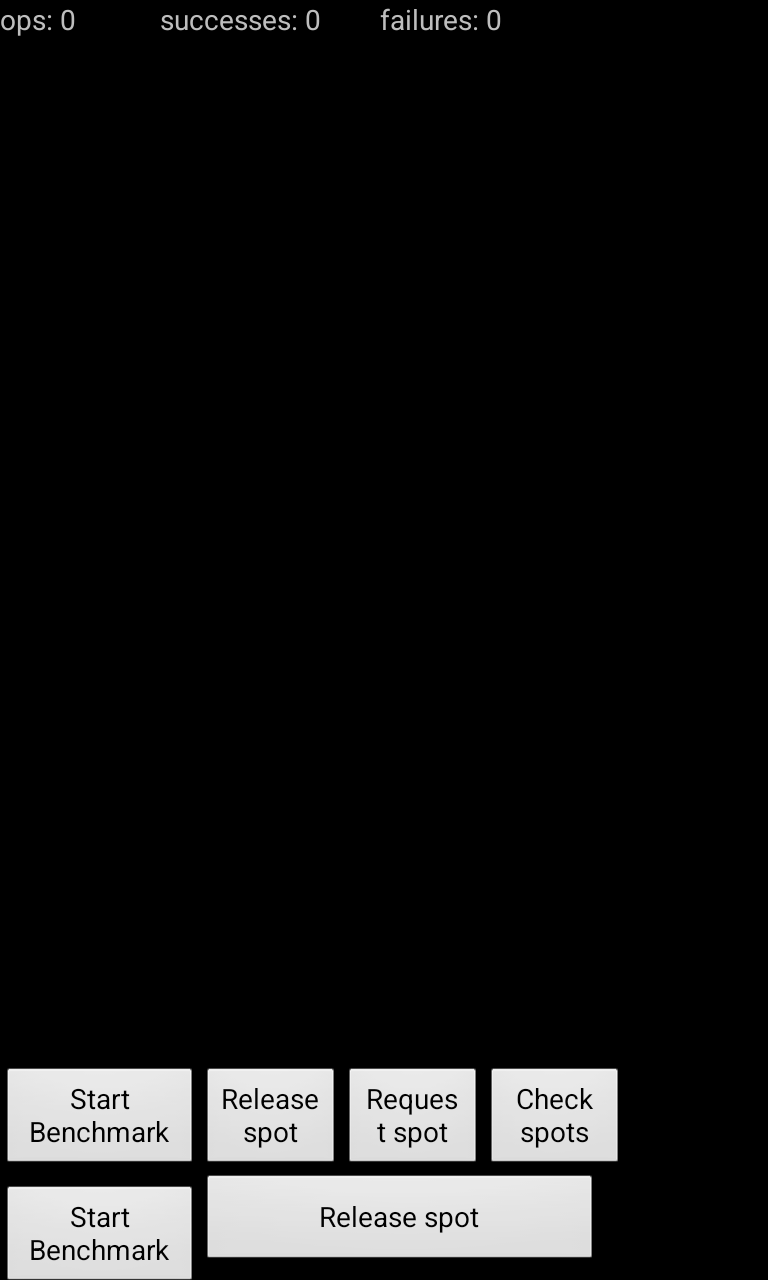
Repository: jasongao/csmcode
Layout: current/workspace/SMCloud/res/layout/main.xml
These files come from the project's save history. The layout is drawn as it stood at one moment and after the next save; the edit follows.
It is drawn on a 768 x 1280 px phone screen (xhdpi) without system bars, with theme android:Theme; the app's code is not run. Lists and similar views that code fills are empty.

Above is the layout before, as saved 2011-07-14 16:13:05.

After the next save:
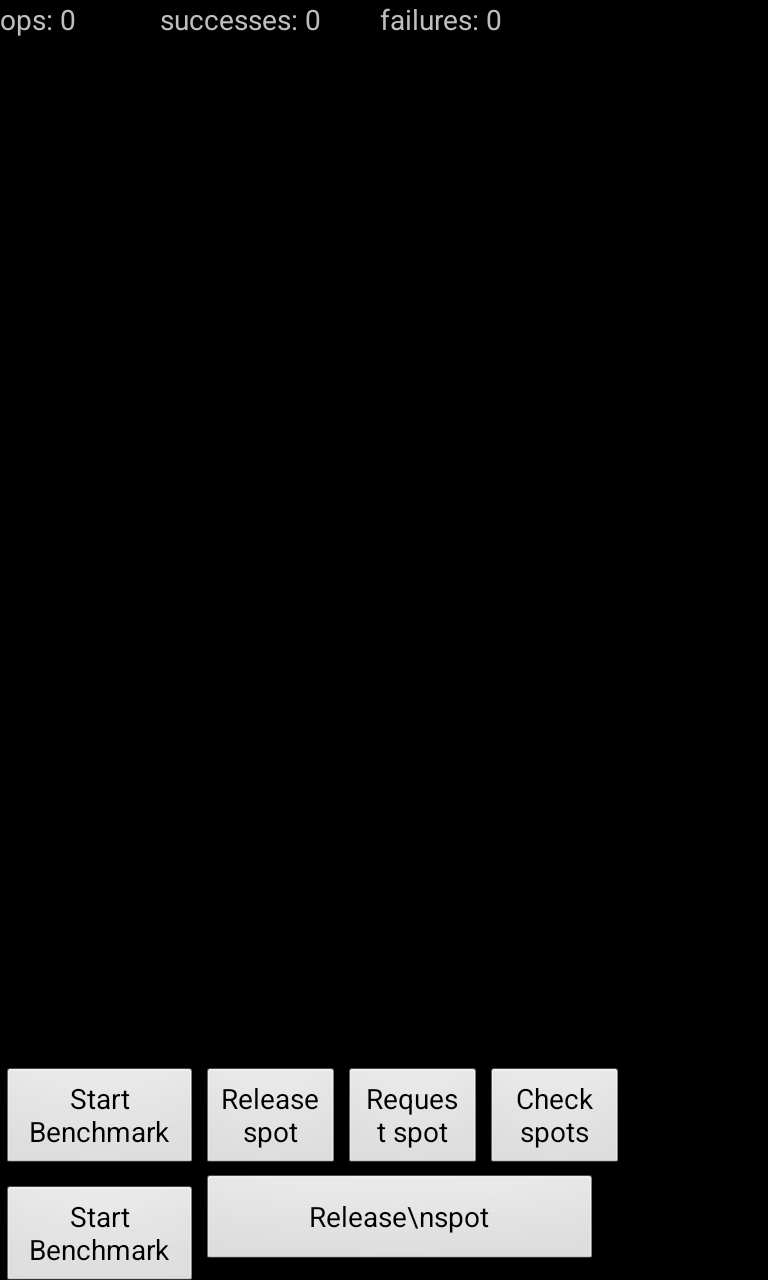
Saved 25 s later.
--- a/current/workspace/SMCloud/res/layout/main.xml
+++ b/current/workspace/SMCloud/res/layout/main.xml
@@ -41,7 +41,7 @@
 			android:layout_width="100dip" android:text="Start Benchmark"
 			android:id="@+id/testcsm_button"></Button>
 		<Button android:layout_height="wrap_content"
-			android:layout_width="200dip" android:text="Release spot"
+			android:layout_width="200dip" android:text="Release\nspot"
 			android:id="@+id/releaseparking_button"></Button>
 	</LinearLayout>
 

After the save that followed:
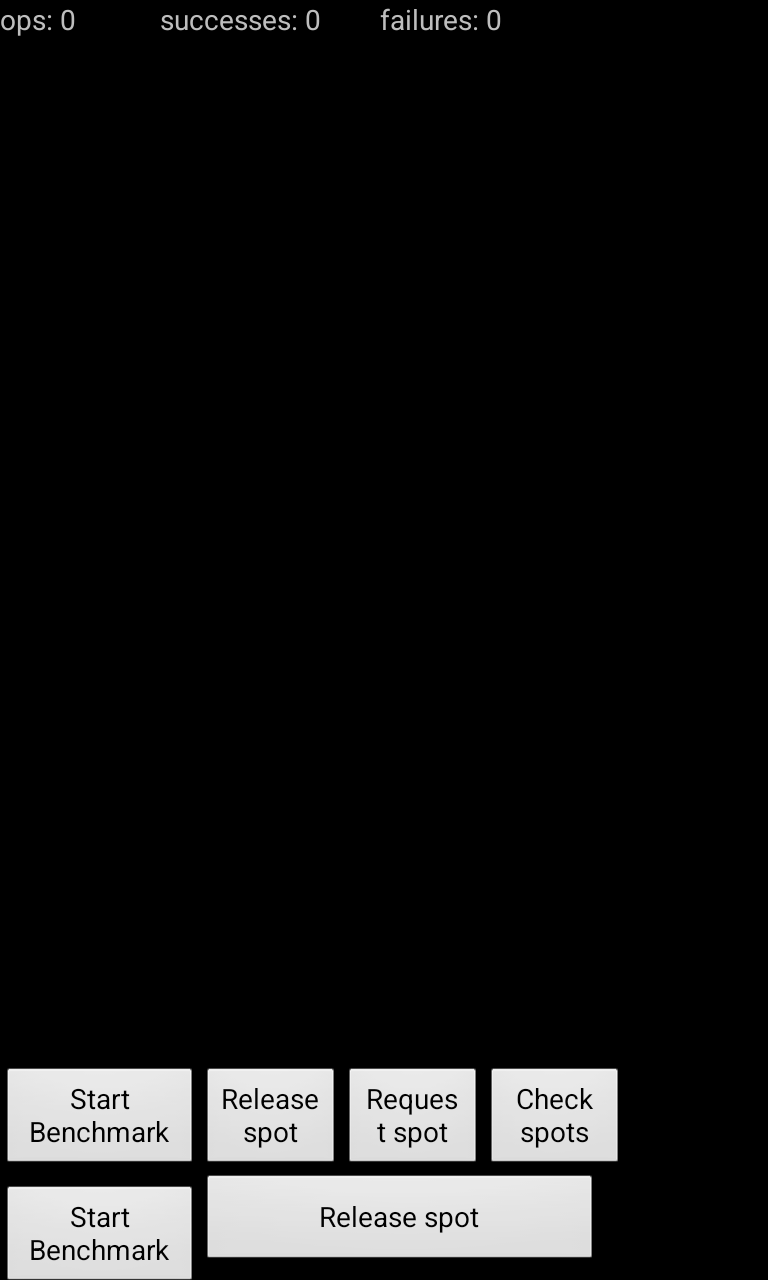
Saved 4 s later.
--- a/current/workspace/SMCloud/res/layout/main.xml
+++ b/current/workspace/SMCloud/res/layout/main.xml
@@ -41,7 +41,7 @@
 			android:layout_width="100dip" android:text="Start Benchmark"
 			android:id="@+id/testcsm_button"></Button>
 		<Button android:layout_height="wrap_content"
-			android:layout_width="200dip" android:text="Release\nspot"
+			android:layout_width="200dip" android:text="Release spot"
 			android:id="@+id/releaseparking_button"></Button>
 	</LinearLayout>
 
